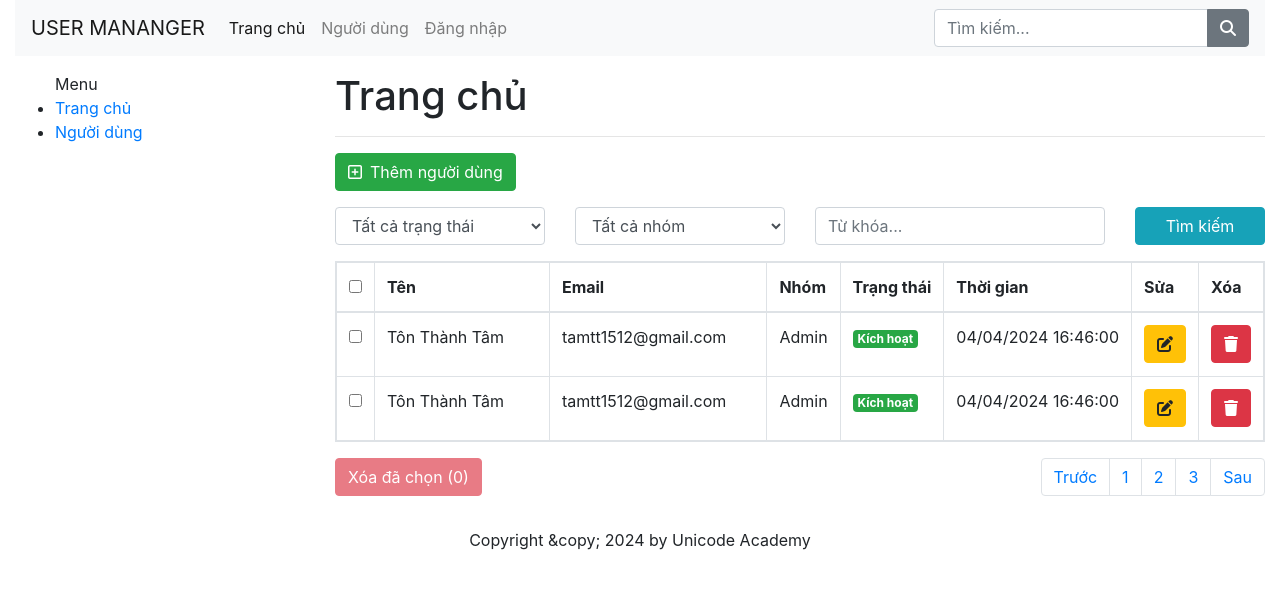
Repository: tam1512/USER_MANAGERMENT_MVC
Page: http://localhost/nguoi-dung
An editor plug-in stored every save of this project. The page is shown before and after the next save, followed by the edit.
The browser window is 1280 px wide. The pictures show the whole page.
The page is run by PHP 8.4 with error messages shown; the project is at /var/www/html/. Other server files are loaded and not shown.

Above is the page before, as saved 2024-04-04 17:17:17.

### index.php
<?php
use App\App;
session_start();
require_once 'bootstrap.php';

$app = new App();

### configs/app.php
<?php
use App\Core\AppServiceProvider;
use App\Core\htmlHelper;
use App\Middlewares\AuthMiddleware;
use App\Middlewares\ParamsMiddleware;
$config['app'] = [
   'services' => [
      htmlHelper::class
   ],
   'routeMiddleware' => [
      // 'san-pham' => AuthMiddleware::class
   ],
   'globalMiddleware' => [
      // ParamsMiddleware::class
   ],
   'boot' => [
      AppServiceProvider::class
   ]
   ];

### configs/database.php
<?php
$config['database'] = [
   'host' => 'localhost',
   'user' => 'root',
   'pass' => '',
   'db' => 'mvc_user_mananger',
   'dbdriver' => 'mysql'
];

### configs/hash.php
<?php
$config['hash'] = [
   'type' => 'default'
];

### configs/routes.php
<?php
$routes['default_controller'] = 'home';

$routes['trang-chu'] = 'home';
$routes['nguoi-dung'] = 'user';
// $routes['san-pham/(.+)'] = 'product/detail/$1';

### configs/session.php
<?php
$config['session'] = [
   'session_key' => 'unicode_session'
];

### core/Connection.php
<?php
namespace App\Core;
use \PDO;
use \Exception;
use App\App;
class Connection {
   private static $conn;


   private function __construct($config_data) {
      try {
         if (class_exists('PDO')) {
            $dsn = $config_data['dbdriver'] . ':dbname=' . $config_data['db'] . ';host=' . $config_data['host'];

            $options = [
               PDO::MYSQL_ATTR_INIT_COMMAND => 'SET NAMES utf8',
               PDO::ATTR_ERRMODE => PDO::ERRMODE_EXCEPTION //Đẩy lỗi vào ngoại lệ truy vấn
            ];

               self::$conn = new PDO($dsn, $config_data['user'], $config_data['pass'], $options);
         }
      } catch (Exception $e) {
         App::$app->loadError('database', ['message' => $e->getMessage()]);
         exit();
      }
   }


   public static function getInstance($config_data) {
      if(self::$conn == null) {
         new Connection($config_data);
      }
      return self::$conn;
   }
}

### core/DB.php
<?php
namespace App\Core;
class DB {
   public $db = null;

   public function __construct() {
      $this->db = new Database();
   }
}

### app/helpers/functions.php
<?php
   function getNameClass($namespace) {
      if(preg_match('~\\\~', $namespace)) {
         $namespaceArr = explode('\\', $namespace);
         $className = end($namespaceArr);
      } else {
         $className = $namespace;
      }
      return $className;
   }

### app/core/htmlHelper.php
<?php
namespace App\Core;
class htmlHelper {
   static function openForm($method='get', $action ='') {
      echo '<form method="'.$method.'" action="'.$action.'">';
   }
   static function closeForm() {
      echo '</form>';
   }

   static function input($before='', $after='', $type='text', $name, $value='', $class='', $id='', $placeholder='') {
      echo $before.'<input type="'.$type.'" class="'.$class.'" id="'.$id.'" name="'.$name.'" value ="'.$value.'" placeholder="'.$placeholder.'">'.$after;
   }

   static function button($before="", $after='', $type='button', $class='', $id='', $content, $name='') {
      echo $before.'<button type="'.$type.'" class="'.$class.'" id="'.$id.'" name="'.$name.'">'.$content.'</button>'.$after;
   }
}

### core/Hash.php
<?php
namespace App\Core;
class Hash {
   public static function make($password) {
      global $config;

      $algo = [
         'default' => PASSWORD_DEFAULT,
         'bcrypt' => PASSWORD_BCRYPT,
         'argon2i' => PASSWORD_ARGON2I,
         'argon2id' => PASSWORD_ARGON2ID
      ];

      if(!empty($config['hash'])) {
         $configHash = $config['hash'];
         $type = $configHash['type'] ?? null;

         if(!empty($algo[$type])) {
            return password_hash($password, $algo[$type]);
         }

      }
      return false;
   }

   public static function check($password, $hash) {
      return password_verify($password, $hash);
   }
}

### core/Routes.php
<?php
namespace App\Core;
class Routes {
   private $__routeKey;
   public function handleRoutes($url) {
      global $routes;
      unset($routes['default_controller']);
      $urlHandle = trim($url, '/');
      if(!empty($routes)) {
         foreach($routes as $key=>$value) {
            if(preg_match('~^'.$key.'$~is', $urlHandle)) {
               $urlHandle = preg_replace('~^'.$key.'$~is', $value, $urlHandle);
               $this->__routeKey = $key;
            }
         }
      }
      return $urlHandle;
   }

   public function getRouteKey() {
      return $this->__routeKey;
   }
}

### core/Session.php
<?php
namespace App\Core;
use App\App;
class Session {
   public static function data($key='', $value='') {
      $sessionKey = self::isInvalid();

      if(!empty($sessionKey)) {
         if(!empty($key)) {
            if(!empty($value)) {
               $_SESSION[$sessionKey][$key] = $value;
               return true;
            } else {
               if(isset($_SESSION[$sessionKey][$key]))
               return $_SESSION[$sessionKey][$key];
            }
         } else {
            if(isset($_SESSION[$sessionKey]))
            return $_SESSION[$sessionKey];
         }
      }
      return false;
   }

   public static function delete($key='') {
      $sessionKey = self::isInvalid();
      if(!empty($sessionKey)) {
         if(!empty($key)) {
            unset($_SESSION[$sessionKey][$key]);
            return true;
         } else {
            unset($_SESSION[$sessionKey]);
            return true;
         }
      }
      return false;
   }

//tạo => tương tự data, gọi => tự động xóa
   public static function flash($key='', $value='') {
      $flashData = self::data($key, $value);
      if(empty($value)) {
         self::delete($key);
         return $flashData;
      }
   }

   static public function showErrors($message) {
      $data = ['message' => $message];
      App::$app->loadError('exception', $data);
      die();
   }

   static public function isInvalid() {
      global $config;
      if(!empty($config['session'])) {
         $sessionConfig = $config['session'];
         if(!empty($sessionConfig['session_key'])) {
            $sessionKey = $sessionConfig['session_key'];
            return $sessionKey;
         } else {
            self::showErrors('Thiếu cấu hình session_key. Vui lòng kiểm tra file configs/session.php');
         }
      } else {
         self::showErrors('Thiếu cấu hình session_key. Vui lòng kiểm tra file configs/session.php');
      }
      return false;
   }
}

### core/Helper.php
<?php
use App\core\Session;
$errors = Session::flash('errors');
$old = Session::flash('old');

if(!function_exists('form_error')) {
   function form_error($fieldName, $before='', $after='') {
      global $errors;
      if(!empty($errors[$fieldName])) {
         return $before.'<i>'.$errors[$fieldName].'</i>'.$after;
      }
      return false;
   }
}

if(!function_exists('old')) {
   function old($fieldName, $default = '') {
      global $old;
      if(!empty($old[$fieldName])) {
         return $old[$fieldName];
      }
      return $default;
   }
}

### core/Response.php
<?php
namespace App\Core;
class Response {
   public function redirect($uri = '') {
      if(preg_match('~~^http|https~', $uri)) {
         $url = $uri;
      } else {
         $url = _WEB_HOST_ROOT.'/'.$uri;
      }
      header('Location: '.$url);
      exit();
   }
}

### core/Model.php
<?php
namespace App\Core;
abstract class Model extends Database{
   protected $db;
   public function __construct() {
      $this->db = new Database();
   }

   abstract function tableFill();
   abstract function fieldFill();
   abstract function primaryKey();

   function all($condition = '') {
      $table = $this->tableFill();
      $field = $this->fieldFill();
      if(empty($field)) {
         $field = '*';
      }
      if(empty($condition)) {
         $query = "SELECT $field FROM $table";
      } else {
         $query = "SELECT $field FROM $table WHERE $condition";
      }

      $data = $this->db->getRaw($query);

      return $data;
   }

   function find($id) {
      $table = $this->tableFill();
      $field = $this->fieldFill();
      $primaryKey = $this->primaryKey();
      if(empty($field)) {
         $field = '*';
      }
      $query = "SELECT $field FROM $table WHERE $primaryKey = $id";

      $data = $this->db->firstRaw($query);

      return $data;
   }
}

### core/Controller.php
<?php
namespace App\Core;
class Controller {
   public $db = null;
   public function model($model) {
      $path = _WEB_PATH_ROOT.'\app\models\\'.$model.'.php';
      if(file_exists($path)) {
         require_once $path;

         $nameClass = 'App\Models\\'.$model;
         if(class_exists($nameClass)) {
            $model = new $nameClass();
            return $model;
         }

      }
      return false;
   }

   public function render($view, $data = []) {
      if(!empty(View::$dataShare)) {
         $data = array_merge($data, View::$dataShare);
      }
      $path = _WEB_PATH_ROOT."\app\\views\\".$view.".php";
      if(preg_match('~^layout~', $view)) {
         if(file_exists($path)) {
            extract($data);
            require_once($path);
         }
      } else {
         if(file_exists($path)) {
            $contentView = file_get_contents($path);
            $template = new Template();
            $template->run($contentView, $data);
         }
      }
   }
}

?>

### core/Load.php
<?php
namespace App\Core;
class Load {
   public static function model($model) {
      $path = _WEB_PATH_ROOT.'\app\models\\'.$model.'.php';
      if(file_exists($path)) {
         require_once $path;

         $nameClass = 'App\Models\\'.$model;
         if(class_exists($nameClass)) {
            $model = new $nameClass();
            return $model;
         }

      }
      return false;
   }

   public static function render($view, $data = []) {
      extract($data);
      $path = _WEB_PATH_ROOT."\app\\views\\".$view.".php";
      if(file_exists($path)) {
         require_once($path);
      }
   }
}

?>

### core/View.php
<?php
namespace App\Core;
abstract class View {
   static $dataShare = [];
   static function share($data) {
      self::$dataShare = $data;
   }
}

### core/ServiceProvider.php
<?php
namespace App\Core;
abstract class ServiceProvider {
   public $db;
   abstract function boot();
}

### app/core/AppServiceProvider.php
<?php
namespace App\Core;
class AppServiceProvider extends ServiceProvider {
   public function boot() {
      // $data['userInfo'] = $this->db->table('users')->where('id', '=', 1)->first();
      // $data['copyright'] = 'Copyright (c) 2024';
      // View::share($data);
   }
}

### core/Middlewares.php
<?php
namespace App\Core;
abstract class Middlewares {
   public $db;
   abstract function handle();
}

### app/middlewares/AuthMiddleware.php
<?php
namespace App\Middlewares;
use App\Core\{Middlewares, Session, Response};

class AuthMiddleware extends Middlewares {

   public function handle() {
      // if(empty(Session::data('login_admin'))) {
      //    $response = new Response();
      //    $response->redirect('trang-chu');
      // }
   }
}

### app/middlewares/GuestMiddleware.php
<?php
namespace App\Middlewares;
use App\Core\{Middlewares, Session, Response};
use App\App;

class GuestMiddleware extends Middlewares {

   public function handle() {
      $path = trim(App::$app->getUrl(), '/');
      $include = [
         'dang-nhap',
         'dang-ky'
      ];
      if(in_array($path, $include) && Session::data('user_login')) {
         $response = new Response();
         $response->redirect('');
      }
   }
}

### app/middlewares/LoginMiddleware.php
<?php
namespace App\Middlewares;
use App\Core\{Middlewares, Session, Response};

class LoginMiddleware extends Middlewares {

   public function handle() {
   //todo
   }
}

### app/middlewares/ParamsMiddleware.php
<?php
namespace App\Middlewares;
use App\Core\{Middlewares, Response};
use App\App;
class ParamsMiddleware extends Middlewares {
   public function handle() {
      // if(!empty($_SERVER['QUERY_STRING'])) {
      //    $response = new Response();
      //    $response->redirect(trim(App::$app->getUrl(), '/'));
      // }
   }
}

### app/controllers/Home.php
<?php
namespace App\Controllers;
use App\Core\{Controller, Request, Response, Session, View};
class Home extends Controller {
   private $model, $data = [];
   public function __construct() {
      $this->model = $this->model("Home");
   }
   public function index() {
      $this->data = [
         'header_content' => [
            'title' => 'Trang chủ'
         ],
         'footer_content' => [
            'copyright' => 'Copyright &copy; 2024 by Unicode Academy'
         ],
         'content' => 'user/index',
         'sub_content' => [
            'title' => 'Trang chủ'
         ]
      ];
      $this->render('layouts/layout', $this->data);
   }
}

### app/models/Home.php
<?php
namespace App\Models;
use App\Core\Model;
class Home extends Model{
   private $table = 'products';

   function tableFill() {
      return 'users';
   }

   function fieldFill() {
      return 'id, fullname';
   }

   function primaryKey() {
      return 'id';
   }
   public function index() {
      $data = [
         'fullname' => 'Thanh Tam',
         'email' => 'thanh.tam@gmail.com',
         'password' => '123456789'
      ];
      return $this->db->table('users')->count();
   }
   public function getList() {
      $data = [
         'sp1',
         'sp2',
         'sp3',
         'sp4',
      ];
      return $data;
   }
}

### app/views/layouts/layout.php
<?php
   $this->render('blocks\clients\header', $header_content);
   $this->render('blocks\clients\sidebar');
   $this->render($content, $sub_content);
   $this->render('blocks\clients\footer', $footer_content);
?>

### app/views/blocks/clients/header.php
<!DOCTYPE html>
<html lang="en">
<head>
   <meta charset="UTF-8">
   <meta name="viewport" content="width=device-width, initial-scale=1.0">
   <title>{{$title}}</title>
   <link rel="stylesheet" href="https://cdnjs.cloudflare.com/ajax/libs/font-awesome/6.5.1/css/all.min.css"/>
   <link rel="stylesheet" href="https://cdn.jsdelivr.net/npm/bootstrap@4.6.2/dist/css/bootstrap.min.css">
   <link rel="stylesheet" href="{{_WEB_HOST_ROOT}}/public/assets/clients/css/style.css">
</head>
<body>
   <div class="container-fluid">
      <header>
         <nav class="navbar navbar-expand-lg navbar-light bg-light">
            <a href="{{_WEB_HOST_ROOT}}" class="navbar-brand">USER MANANGER</a>
            <button class="navbar-toggler" type="button" data-toggle="collapse" data-target="#navbar">
               <span class="navbar-toggle-icon"></span>
            </button>
            <div class="collapse navbar-collapse" id="navbar">
               <ul class="navbar-nav mr-auto">
                  <li class="nav-item active">
                     <a href="{{_WEB_HOST_ROOT}}" class="nav-link">Trang chủ</a>
                  </li>
                  <li class="nav-item">
                     <a href="{{_WEB_HOST_ROOT}}/nguoi-dung" class="nav-link">Người dùng</a>
                  </li>
                  <li class="nav-item">
                     <a href="{{_WEB_HOST_ROOT}}/auth/login" class="nav-link">Đăng nhập</a>
                  </li>
               </ul>
               <form action="">
                  <div class="form-inline my-2 my-lg-0">
                     <div class="input-group">
                        <input type="text" class="form-control" placeholder="Tìm kiếm...">
                        <div class="input-group-append">
                           <button class="btn btn-secondary" type="submit">
                           <i class="fa fa-search"></i>
                           </button>
                        </div>
                     </div>
                  </div>
               </form>
            </div>
         </nav>
      </header>
      <main class="py-3">

### app/views/blocks/clients/sidebar.php
<div class="row">
   <div class="col-3">
      <ul class="d-flex flex-column"> Menu
         <li><a href="{{_WEB_HOST_ROOT}}">Trang chủ</a></li>
         <li><a href="{{_WEB_HOST_ROOT}}/nguoi-dung">Người dùng</a></li>
      </ul>
   </div>

### app/views/user/index.php
<div class="col-9">
   <h1>{{$title}}</h1>
   <hr>
   <div class="row mb-3">
      <div class="col-12 mb-3">
         <a href="#" class="btn btn-success"><i class="fa-regular fa-square-plus mr-2"></i>Thêm người dùng</a>
      </div>
      <div class="col-12">
         <form action="" method="get">
            <div class="row">
               <div class="col-3">
                  <select name="status" id="" class="form-control">
                     <option value="0">Tất cả trạng thái</option>
                     <option value="1">Kích hoạt</option>
                     <option value="2">Chưa kích hoạt</option>
                  </select>
               </div>
               <div class="col-3">
                  <select name="group_id" id="" class="form-control">
                     <option value="0">Tất cả nhóm</option>
                  </select>
               </div>
               <div class="col-4">
                  <input type="text" class="form-control" name="keyword" placeholder="Từ khóa..." />
               </div>
               <div class="col-2">
                  <button type="submit" class="btn btn-info btn-block">Tìm kiếm</button>
               </div>
            </div>
         </form>
      </div>
   </div>
   <table class="table table-bordered table-responsive">
      <thead>
         <tr>
            <th><input type="checkbox" name="chooseUser" id="checkAllUser"></th>
            <th width="50%">Tên</th>
            <th width="50%">Email</th>
            <th>Nhóm</th>
            <th>Trạng thái</th>
            <th>Thời gian</th>
            <th>Sửa</th>
            <th>Xóa</th>
         </tr>
      </thead>
      <tbody>
         <tr>
            <td><input type="checkbox" name="" id=""></td>
            <td>Tôn Thành Tâm</td>
            <td>tamtt1512@gmail.com</td>
            <td>Admin</td>
            <td><p class="badge badge-success">Kích hoạt</p></td>
            <td>04/04/2024 16:46:00</td>
            <td><a href="#" class="btn btn-warning"><i class="fa-solid fa-pen-to-square"></i></a></td>
            <td><a href="#" class="btn btn-danger"><i class="fa-solid fa-trash"></i></a></td>
         </tr>
         <tr>
            <td><input type="checkbox" name="" id=""></td>
            <td>Tôn Thành Tâm</td>
            <td>tamtt1512@gmail.com</td>
            <td>Admin</td>
            <td><p class="badge badge-success">Kích hoạt</p></td>
            <td>04/04/2024 16:46:00</td>
            <td><a href="#" class="btn btn-warning"><i class="fa-solid fa-pen-to-square"></i></a></td>
            <td><a href="#" class="btn btn-danger"><i class="fa-solid fa-trash"></i></a></td>
         </tr>
      </tbody>
   </table>
   <div class="row">
      <div class="col-6">
         <button type="button" class="btn btn-danger disabled">Xóa đã chọn (0)</button>
      </div>
      <div class="col-6">
         <nav aria-label="Page navigation" class="d-flex justify-content-end">
            <ul class="pagination">
               <li class="page-item"><a class="page-link" href="#">Trước</a></li>
               <li class="page-item"><a class="page-link" href="#">1</a></li>
               <li class="page-item"><a class="page-link" href="#">2</a></li>
               <li class="page-item"><a class="page-link" href="#">3</a></li>
               <li class="page-item"><a class="page-link" href="#">Sau</a></li>
            </ul>
         </nav>
      </div>
   </div>
</div>

### app/views/blocks/clients/footer.php

      </main>
      <footer>
         <p class="text-center">{{$copyright}}</p>
      </footer>
   </div>
   <script src="https://cdn.jsdelivr.net/npm/jquery@3.5.1/dist/jquery.slim.min.js"></script>
   <script src="https://cdn.jsdelivr.net/npm/bootstrap@4.6.2/dist/js/bootstrap.bundle.min.js"></script>
   <script src="{{_WEB_HOST_ROOT}}/public/assets/clients/js/app.js"></script>
</body>
</html>

### public/assets/clients/css/style.css
td, th {
   white-space: nowrap;
}

Loaded but not shown: public/assets/clients/js/app.js (1 lines, source omitted); core/Request.php (176 lines, source omitted); app/App.php (184 lines, source omitted); core/Template.php (140 lines, source omitted); core/QueryBuilder.php (131 lines, source omitted); core/Database.php (119 lines, source omitted); bootstrap.php (128 lines, source omitted)

After the next save:
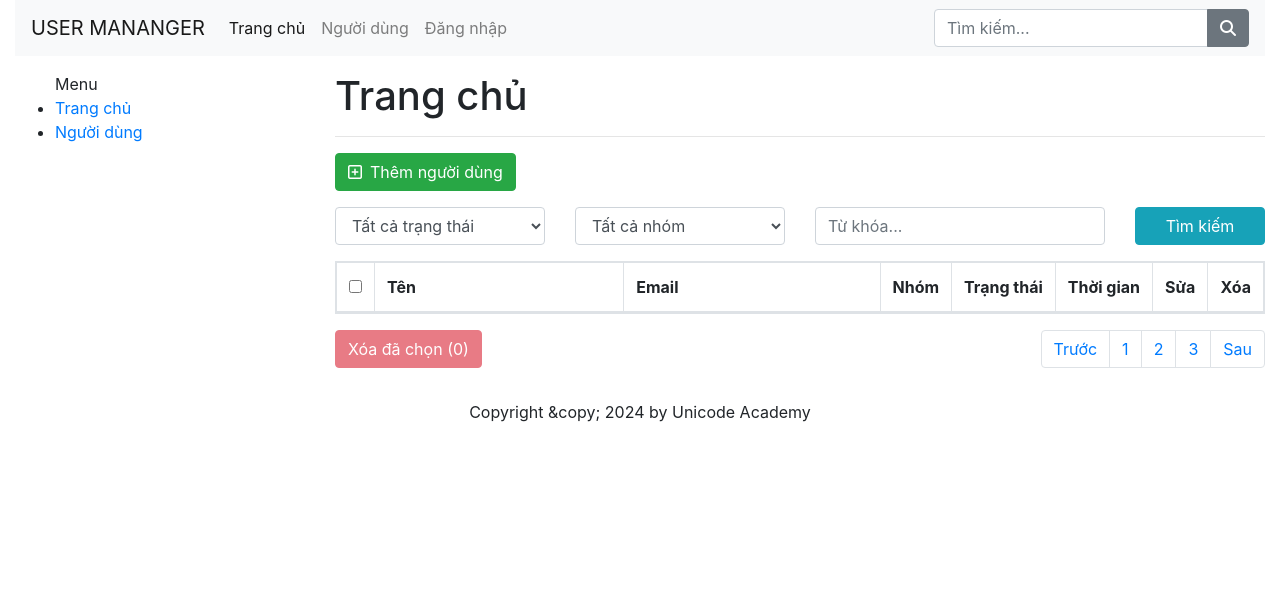
Saved 7 min 16 s later.
--- a/app/views/user/index.php
+++ b/app/views/user/index.php
@@ -10,14 +10,19 @@
             <div class="row">
                <div class="col-3">
                   <select name="status" id="" class="form-control">
-                     <option value="0">Tất cả trạng thái</option>
-                     <option value="1">Kích hoạt</option>
-                     <option value="2">Chưa kích hoạt</option>
+                     <option value="all">Tất cả trạng thái</option>
+                     <option value="active">Kích hoạt</option>
+                     <option value="inactive">Chưa kích hoạt</option>
                   </select>
                </div>
                <div class="col-3">
                   <select name="group_id" id="" class="form-control">
                      <option value="0">Tất cả nhóm</option>
+                     @if(!empty($listGroups))
+                        @foreach ($listGroups as $group)
+                           <option value="{{$group['id']}}">{{$group['name']}}</option>
+                        @endforeach
+                     @endif
                   </select>
                </div>
                <div class="col-4">
@@ -44,26 +49,26 @@
          </tr>
       </thead>
       <tbody>
-         <tr>
-            <td><input type="checkbox" name="" id=""></td>
-            <td>Tôn Thành Tâm</td>
-            <td>tamtt1512@gmail.com</td>
-            <td>Admin</td>
-            <td><p class="badge badge-success">Kích hoạt</p></td>
-            <td>04/04/2024 16:46:00</td>
-            <td><a href="#" class="btn btn-warning"><i class="fa-solid fa-pen-to-square"></i></a></td>
-            <td><a href="#" class="btn btn-danger"><i class="fa-solid fa-trash"></i></a></td>
-         </tr>
-         <tr>
-            <td><input type="checkbox" name="" id=""></td>
-            <td>Tôn Thành Tâm</td>
-            <td>tamtt1512@gmail.com</td>
-            <td>Admin</td>
-            <td><p class="badge badge-success">Kích hoạt</p></td>
-            <td>04/04/2024 16:46:00</td>
-            <td><a href="#" class="btn btn-warning"><i class="fa-solid fa-pen-to-square"></i></a></td>
-            <td><a href="#" class="btn btn-danger"><i class="fa-solid fa-trash"></i></a></td>
-         </tr>
+         @if(!empty($listUsers))
+            @foreach($listUsers as $user)
+               <tr>
+                  <td><input type="checkbox" name="" id=""></td>
+                  <td>{{$fullname}}</td>
+                  <td>{{$email}}</td>
+                  <td>
+                     @foreach($listGroups as $item)
+                        @if($item['id'] == $user['group_id'])
+                           {{$item['name']}}
+                        @endif
+                     @endforeach
+                  </td>
+                  <td><p class="badge badge-success">Kích hoạt</p></td>
+                  <td>04/04/2024 16:46:00</td>
+                  <td><a href="#" class="btn btn-warning"><i class="fa-solid fa-pen-to-square"></i></a></td>
+                  <td><a href="#" class="btn btn-danger"><i class="fa-solid fa-trash"></i></a></td>
+               </tr>
+            @endforeach
+         @endif
       </tbody>
    </table>
    <div class="row">
